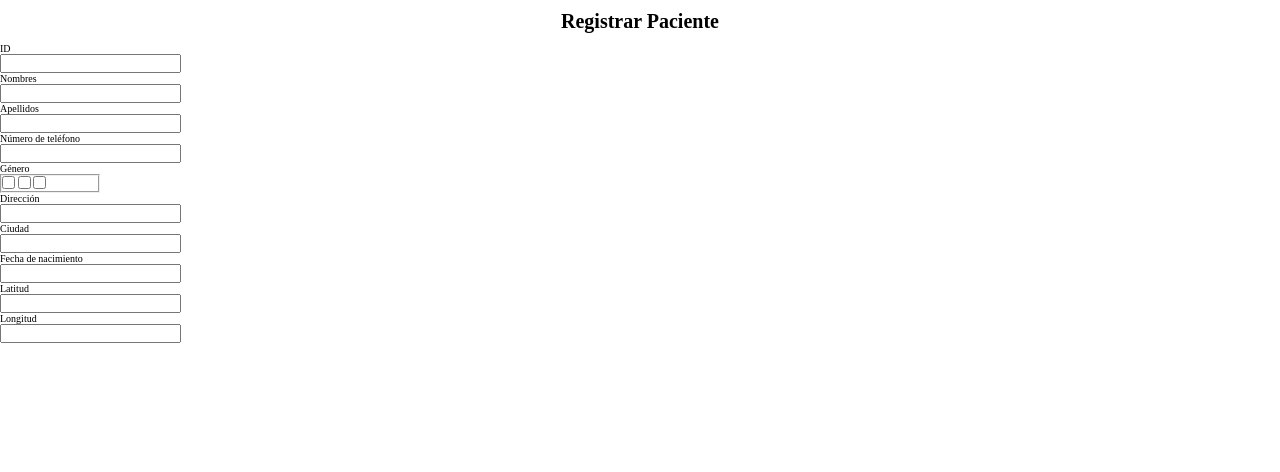
Repository: alexvl06/HospiEnCasa
Page: HospiEnCasa.App/HospiEnCasa.App.Frontend/pacientForm.html
These files come from the project's save history. The page is drawn as it stood at one moment and after the next save; the edit follows.
The browser window is 1280 px wide. The pictures show the whole page.

Above is the page before, as saved 2022-07-05 16:42:50.

After the next save:
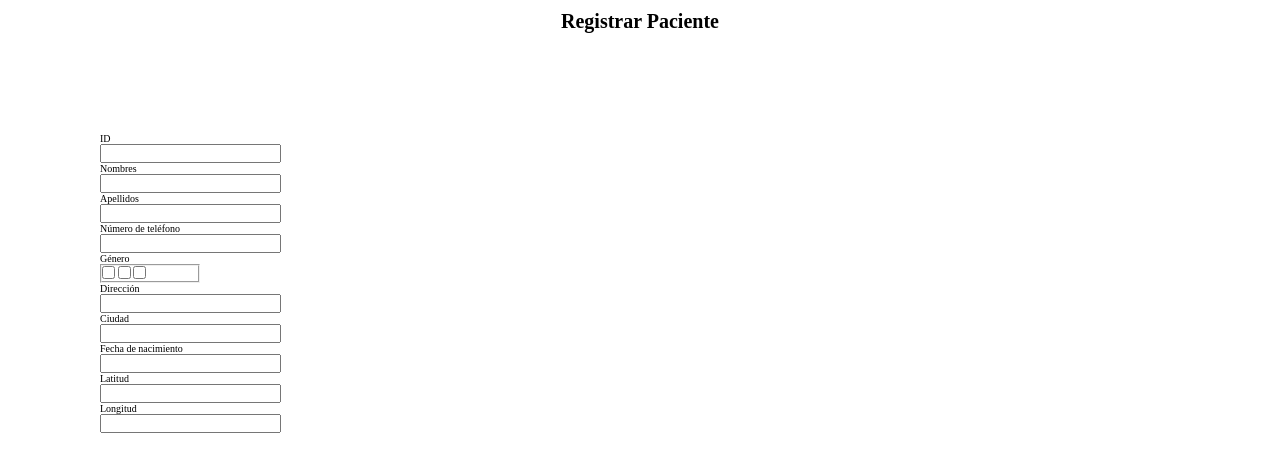
Saved 15 s later.
--- a/HospiEnCasa.App/HospiEnCasa.App.Frontend/style.css
+++ b/HospiEnCasa.App/HospiEnCasa.App.Frontend/style.css
@@ -18,4 +18,6 @@ form{
   display: flex;
   flex-direction: column;
   width: 10rem;
+  margin: 10rem;
+
 }
